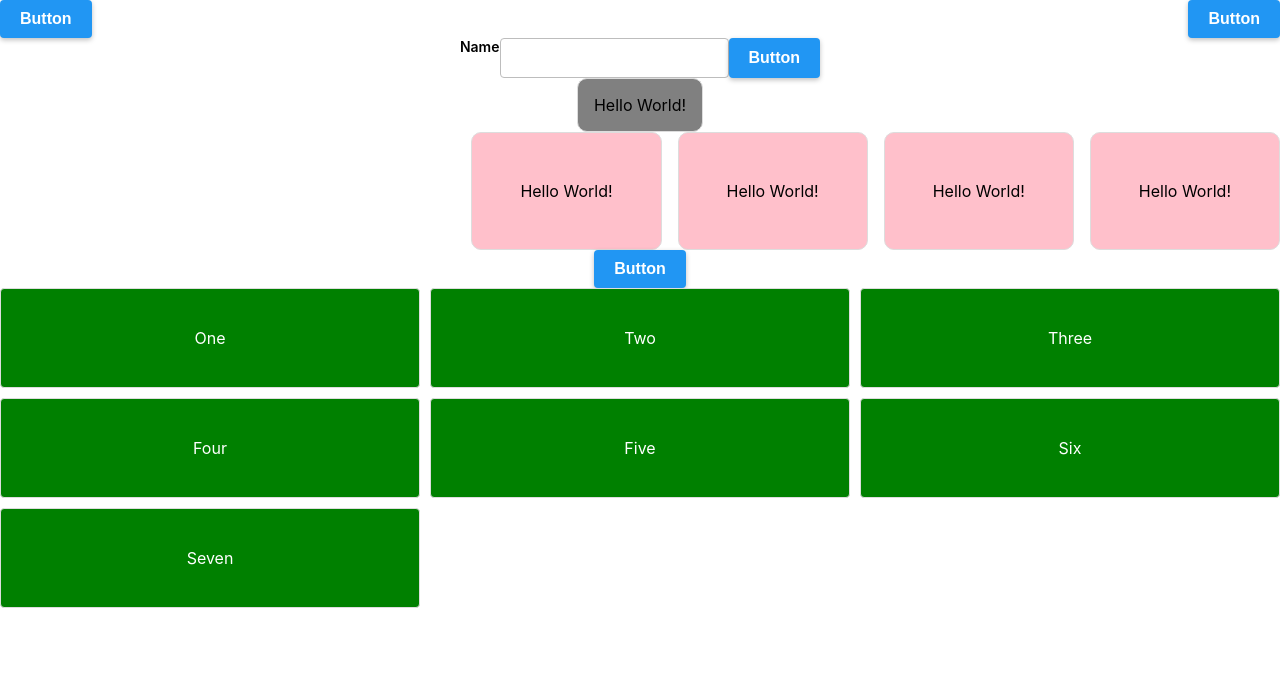
Repository: roistyx/react
Page: /components (app in layouts-app/)
These files come from the project's save history. The page is drawn as it stood at one moment and after the next save; the edit follows.
The browser window is 1280 px wide. The pictures show the whole page.
The project was rebuilt for these pictures with package versions that can differ from the ones it lists, and the page was loaded fresh each time.

Above is the page before, as saved 2023-04-27 15:24:36.

### layouts-app/src/App.js
import React from 'react';
import { Between, SpaceEvenly, Center, FlexEnd } from './layouts/Line';
import { Btn } from './elements/Btn';
import { Rows } from './layouts/Line';
import SearchField from './elements/TextField';
import { AlignCenter } from './layouts/Line';
import { Box } from './layouts/Box';
import { Grid } from './layouts/Grid';

export default function App() {
	return (
		<div>
			<Between>
				<Btn>Button</Btn>
				<Btn>Button</Btn>
			</Between>
			<Rows>
				<AlignCenter>
					<SearchField />
				</AlignCenter>
			</Rows>
			<Center>
				<Box bgColor="grey" borderRadius="10px" gap="1rem">
					<span>Hello World!</span>
				</Box>
			</Center>
			<FlexEnd>
				<Box bgColor="pink" borderRadius="10px" gap="3rem">
					<span>Hello World!</span>
				</Box>
				<Box bgColor="pink" borderRadius="10px" gap="3rem">
					<span>Hello World!</span>
				</Box>
				<Box bgColor="pink" borderRadius="10px" gap="3rem">
					<span>Hello World!</span>
				</Box>
				<Box bgColor="pink" borderRadius="10px" gap="3rem">
					<span>Hello World!</span>
				</Box>
			</FlexEnd>
			<Center>
				<Btn>Button</Btn>
			</Center>
			<Grid gap="3rem" bgColor="pink">
				<Box>One</Box>
				<Box>Two</Box>
				<Box>Three</Box>
				<Box>Four</Box>
				<Box>Five</Box>
				<Box>Six</Box>
				<Box>Seven</Box>
			</Grid>
		</div>
	);
}

### layouts-app/src/layouts/Line.js
import './Line.css';

export const Line = ({ children, addClass }) => {
	return <div className={`Line ${addClass || ''}`}>{children}</div>;
};

export const FlexEnd = (props) => {
	return <Line {...props} addClass="flex-end" />;
};

export const Between = (props) => {
	return <Line {...props} addClass="between" />;
};

export const Center = (props) => {
	return <Line {...props} addClass="center" />;
};

export const SpaceEvenly = (props) => {
	return <Line {...props} addClass="evenly" />;
};

export const Rows = (props) => {
	return <Line {...props} addClass="rows" />;
};

export const AlignStart = ({ children }) => {
	return <div className="AlignStart">{children}</div>;
};

export const AlignCenter = ({ children }) => {
	return <div className="AlignCenter">{children}</div>;
};

### layouts-app/src/elements/Btn.js
import { Button } from '@mui/material';
import './Btn.css';
export const Btn = ({ children }) => {
	return (
		<button className="Btn">
			<span>{children}</span>{' '}
		</button>
		// <Button variant="contained" color="primary">
		// 	{' '}
		// 	<span>{children}</span>{' '}
		// </Button>
	);
};

### layouts-app/src/elements/TextField.js
import '../elements/TextField.css';
import React from 'react';
import { Btn } from '../elements/Btn.js';
import { TextField } from '@mui/material';

const SearchField = () => {
	return (
		<div>
			<form class="text-field">
				<label for="name">Name</label>
				<input type="text" id="name" name="name" />
				<Btn>Button</Btn>
			</form>
		</div>
	);
};

export default SearchField;

### layouts-app/src/layouts/Box.js
import './Box.css';

export const Box = ({ bgColor, borderRadius, gap, children }) => {
	const style = {
		...(bgColor ? { '--background': bgColor } : {}),
		...(borderRadius ? { '--border-radius': borderRadius } : {}),
		...(gap ? { '--gap': gap } : {}),
	};

	return (
		<div className="Box" style={style}>
			{children}
		</div>
	);
};

### layouts-app/src/layouts/Grid.js
import './Grid.css';

export const Grid = ({ bgColor, gap, children }) => {
	console.log(bgColor, gap, 'bgColor, gap');
	const style = {
		...(bgColor ? { '--background-color': bgColor } : {}),
		...(gap ? { '--gap': gap } : {}),
	};
	return (
		<div className="Grid" style={style}>
			{children}
		</div>
	);
};

### layouts-app/src/layouts/Line.css
.Line {
	display: flex;
	gap: var(--gap);
	height: 100%;
	align-items: center;
}

.Line.flex-end {
	justify-content: flex-end;
}

.Line.between {
	justify-content: space-between;
}

.Line.center {
	justify-content: center;
}

.Line.evenly {
	justify-content: space-evenly;
}

.Line.around {
	justify-content: space-around;
}

.Line.rows {
	flex-direction: column;
	align-items: stretch;
}

.AlignStart {
	align-self: flex-start;
}

.AlignCenter {
	align-self: center;
}

### layouts-app/src/elements/Btn.css
.Btn {
	display: inline-block;
	padding: 10px 20px;
	font-size: 16px;
	font-weight: 600;
	text-align: center;
	text-decoration: none;
	background-color: #2196f3;
	color: #fff;
	border-radius: 4px;
	border: none;
	cursor: pointer;
	box-shadow: 0px 2px 5px rgba(0, 0, 0, 0.25);
	transition: background-color 0.3s ease;
}
.Btn:hover {
	background-color: #0d6ec3;
}

### layouts-app/src/elements/TextField.css
.text-field {
	display: flex;
	flex-direction: row;
}

.text-field label {
	font-size: 14px;
	font-weight: 600;
	margin-bottom: 5px;
}

.text-field input {
	padding: 10px;
	font-size: 16px;
	border-radius: 4px;
	border: 1px solid #bdbdbd;
	transition: border-color 0.3s ease;
}
.text-field input:focus {
	outline: none;
	border-color: #2196f3;
}

### layouts-app/src/layouts/Box.css
:root {
	--background: green;
	--border: #ddd;
	--gap: 1rem;
	--border-radius: 0.25rem;
}

.Box {
	background-color: var(--background);
	border: 1px solid var(--border);
	padding: var(--gap);
	border-radius: var(--border-radius);
}

### layouts-app/src/layouts/Grid.css
.Grid {
	background-color: var(--bgColor);
	display: grid;
	height: 100%;
	/* grid-template-rows: 60px 1fr 45px; */
	grid-template-columns: repeat(3, 1fr);
	grid-template-rows: 100px 100px 100px;
	gap: 10px;
}

.Grid > * {
	color: white;
	font-size: 16px;
	display: flex;
	align-items: center;
	justify-content: center;
}

/* .Grid > :nth-child(1) {
	background-color: var(--bgColor);
	color: #fff;
}

.Grid > :nth-child(2) {
}

.Grid > :nth-child(3) {
	background-color: #e1e1e1;
} */

Loaded but not shown: layouts-app/public/index.html (common file); layouts-app/src/index.js (common file); layouts-app/src/index.css (common file); layouts-app/src/reportWebVitals.js (common file)

After the next save:
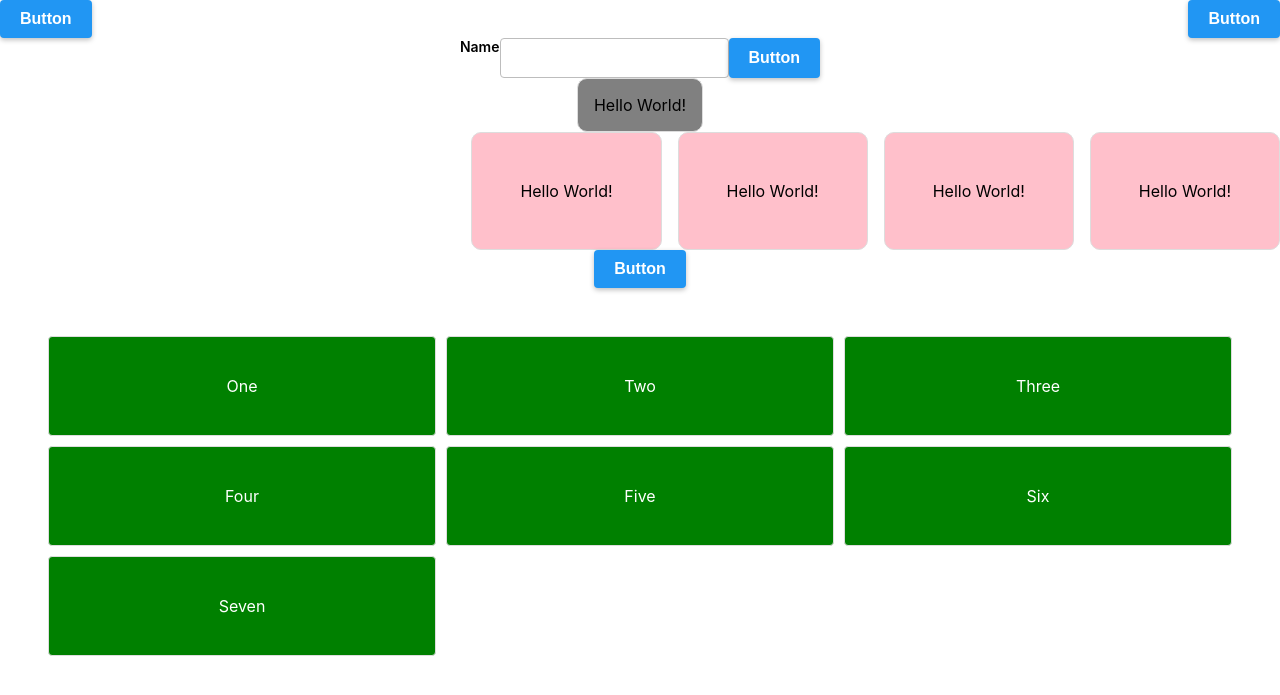
Saved 6 s later.
--- a/layouts-app/src/layouts/Grid.css
+++ b/layouts-app/src/layouts/Grid.css
@@ -1,5 +1,6 @@
 .Grid {
 	background-color: var(--bgColor);
+	padding: var(--gap);
 	display: grid;
 	height: 100%;
 	/* grid-template-rows: 60px 1fr 45px; */
